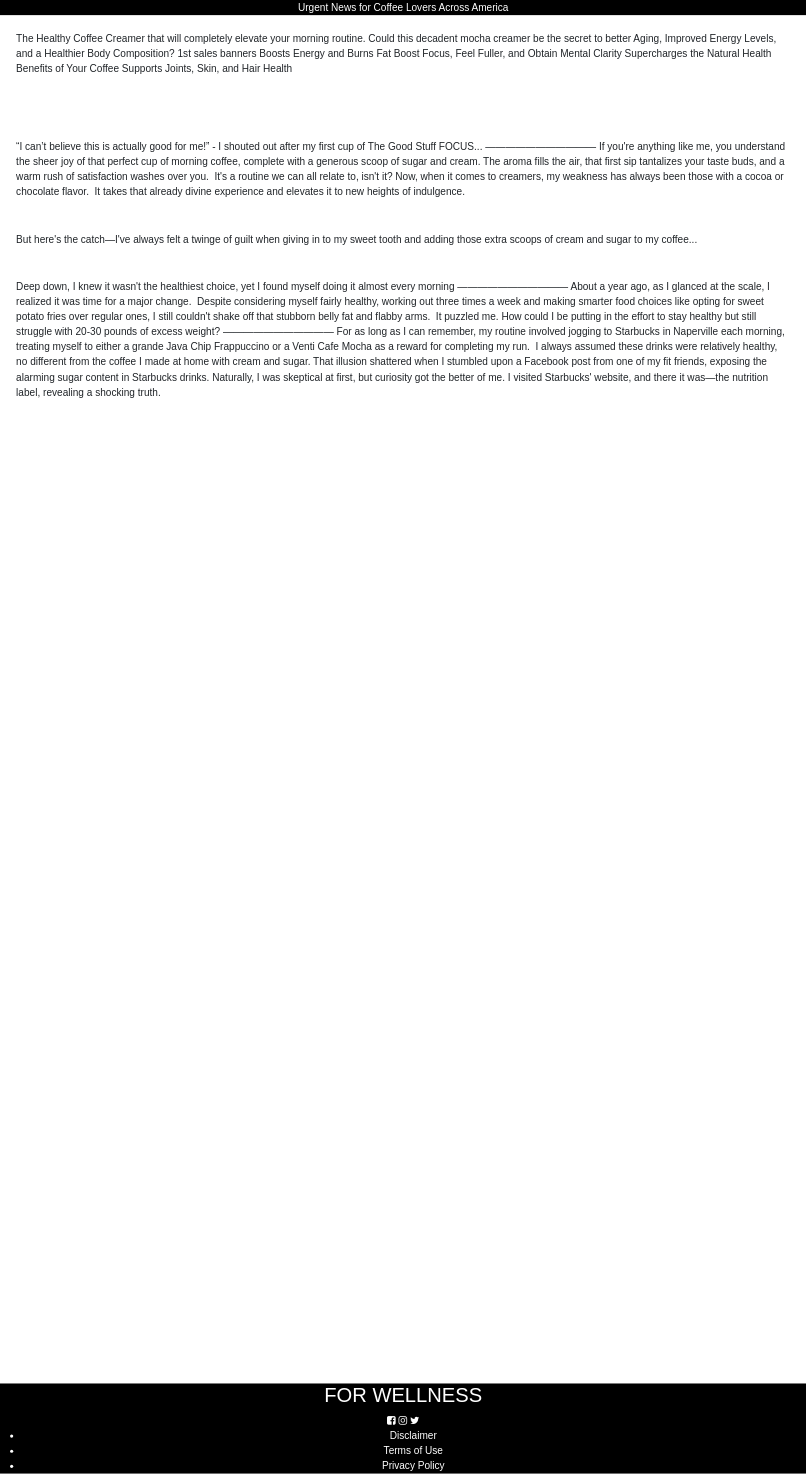
Repository: dariusprince90/wellness-landing
Page: index.html
These files come from the project's save history. The page is drawn as it stood at one moment and after the next save; the edit follows.
The browser window is 1280 px wide. The pictures show the whole page, at 63% of full size.

Above is the page before, as saved 2023-07-25 15:45:58.

### index.html
<!doctype html>
<html lang="en">

<head>
  <title>Title</title>
  <!-- Required meta tags -->
  <meta charset="utf-8">
  <meta name="viewport" content="width=device-width, initial-scale=1, shrink-to-fit=no">

  <!-- Bootstrap CSS v5.2.1 -->
  <link href="https://cdn.jsdelivr.net/npm/bootstrap@5.2.1/dist/css/bootstrap.min.css" rel="stylesheet"
    integrity="sha384-iYQeCzEYFbKjA/T2uDLTpkwGzCiq6soy8tYaI1GyVh/UjpbCx/TYkiZhlZB6+fzT" crossorigin="anonymous">

    <link rel="stylesheet" href="https://maxcdn.bootstrapcdn.com/font-awesome/4.7.0/css/font-awesome.min.css">
    <link rel="stylesheet" href="css/styles.css">


</head>

<body>
  <header>
    Urgent News for Coffee Lovers Across America

  </header>
  <main>

    <section class="s-001-text">

        The Healthy Coffee Creamer that will completely elevate your morning routine.


Could this decadent mocha creamer be the
secret to better Aging, Improved Energy Levels, and a Healthier Body Composition?


1st sales banners

Boosts Energy
and Burns Fat

Boost Focus,
Feel Fuller, and Obtain Mental Clarity


Supercharges the Natural Health Benefits of Your Coffee


Supports Joints,
Skin, and
Hair Health

    </section>
<br/>
<br/>

    <section class="s-002-text">

        “I can’t believe this is actually good for me!”

- I shouted out after my first cup of The Good Stuff FOCUS...


———————————
If you're anything like me, you understand the sheer joy of that perfect cup of morning coffee, complete with a generous scoop of sugar and cream.

The aroma fills the air, that first sip tantalizes your taste buds, and a warm rush of satisfaction washes over you.

It's a routine we can all relate to, isn't it?

Now, when it comes to creamers, my weakness has always been those with a cocoa or chocolate flavor.

It takes that already divine experience and elevates it to new heights of indulgence.
    </section>

    <section class="s-003-text">

        But here's the catch—I've always felt a twinge of guilt
when giving in to my sweet tooth and adding those
extra scoops of cream and sugar to my coffee...

    </section>
    <section class="s-004-text">
        Deep down, I knew it wasn't the healthiest choice, yet I found myself doing it almost every morning

———————————


About a year ago, as I glanced at the scale, I realized it was time for a major change.

Despite considering myself fairly healthy, working out three times a week and making smarter food choices like opting for sweet potato fries over regular ones, I still couldn't shake off that stubborn belly fat and flabby arms.

It puzzled me.

How could I be putting in the effort to stay healthy but still struggle with 20-30 pounds of excess weight?

———————————


For as long as I can remember, my routine involved jogging to Starbucks in Naperville each morning, treating myself to either a grande Java Chip Frappuccino or a Venti Cafe Mocha as a reward for completing my run.

I always assumed these drinks were relatively healthy, no different from the coffee I made at home with cream and sugar.

That illusion shattered when I stumbled upon a Facebook post from one of my fit friends, exposing the alarming sugar content in Starbucks drinks.

Naturally, I was skeptical at first, but curiosity got the better of me. I visited Starbucks' website, and there it was—the nutrition label, revealing a shocking truth.
    </section>
    <section class="s-005-text">
    </section>
    <section class="s-006-text">
    </section>

    <section class="s-007-text">
    </section>

    <section class="s-008-text">
    </section>
    <section class="s-009-text">
    </section>
    <section class="s-010-text">
    </section>
    <section class="s-00#-text">
    </section>

    <section class="s-00#-text">
    </section>

    <section class="s-00#-text">
    </section>
    <section class="s-00#-text">
    </section>
    <section class="s-00#-text">
    </section>
    <section class="s-00#-text">
    </section>

    <section class="s-00#-text">
    </section>

    <section class="s-00#-text">
    </section>
    <section class="s-00#-text">
    </section>
    <section class="s-00#-text">
    </section>
    <section class="s-00#-text">
    </section>

    <section class="s-00#-text">
    </section>

    <section class="s-00#-text">
    </section>
    <section class="s-00#-text">
    </section>
    <section class="s-00#-text">
    </section>
    <section class="s-00#-text">
    </section>

    <section class="s-00#-text">
    </section>

    <section class="s-00#-text">
    </section>
    <section class="s-00#-text">
    </section>
    <section class="s-00#-text">
    </section>
    <section class="s-00#-text">
    </section>

    <section class="s-00#-text">
    </section>

    <section class="s-00#-text">
    </section>
    <section class="s-00#-text">
    </section>


  </main>
  <footer>
    <h2>
        FOR WELLNESS
    </h2>
    <span>
        <i class="fa fa-facebook-square" aria-hidden="true"></i>
        <i class="fa fa-instagram" aria-hidden="true"></i>
        <i class="fa fa-twitter" aria-hidden="true"></i>
        <i class="fa-brands fa-tiktok"></i>


    </span>

    <span>
        <ul>
            <li>Disclaimer</li>
            <li>Terms of Use</li>
            <li>Privacy Policy</li>

        </ul>

    </span>



  </footer>
  <!-- Bootstrap JavaScript Libraries -->
  <script src="https://cdn.jsdelivr.net/npm/@popperjs/core@2.11.6/dist/umd/popper.min.js"
    integrity="sha384-oBqDVmMz9ATKxIep9tiCxS/Z9fNfEXiDAYTujMAeBAsjFuCZSmKbSSUnQlmh/jp3" crossorigin="anonymous">
  </script>

  <script src="https://cdn.jsdelivr.net/npm/bootstrap@5.2.1/dist/js/bootstrap.min.js"
    integrity="sha384-7VPbUDkoPSGFnVtYi0QogXtr74QeVeeIs99Qfg5YCF+TidwNdjvaKZX19NZ/e6oz" crossorigin="anonymous">
  </script>
</body>

</html>

### css/styles.css
@import url('https://fonts.googleapis.com/css2?family=Lato:wght@900&display=swap');

body, footer, header {
    font-family: 'Poppins', sans-serif;
}

footer, header {
    background-color: #000000;
    color: #ffffff;
    text-align: center;
}

footer {
    bottom: 0;
    position: static;
}

ul li {
    text-decoration: none;

}

section {
    padding: 2vw;
}


/*
----------------------------------------------------------------
                Section styles
----------------------------------------------------------------
*/

.s-001-text {
        text-emphasis: none;
}

.s-00#-text {
    text-emphasis: none;
}

.s-00#-text {
    text-emphasis: none;
}

.s-00#-text {
    text-emphasis: none;
}

.s-00#-text {
    text-emphasis: none;
}

.s-00#-text {
    text-emphasis: none;
}


.s-00#-text {
    text-emphasis: none;
}

.s-00#-text {
    text-emphasis: none;
}

.s-00#-text {
    text-emphasis: none;
}

.s-00#-text {
    text-emphasis: none;
}

.s-00#-text {
    text-emphasis: none;
}

.s-00#-text {
    text-emphasis: none;
}

.s-00#-text {
    text-emphasis: none;
}

.s-00#-text {
    text-emphasis: none;
}

.s-00#-text {
    text-emphasis: none;
}

.s-00#-text {
    text-emphasis: none;
}


.s-00#-text {
    text-emphasis: none;
}

.s-00#-text {
    text-emphasis: none;
}

.s-00#-text {
    text-emphasis: none;
}

.s-00#-text {
    text-emphasis: none;
}

.s-00#-text {
    text-emphasis: none;
}


.s-00#-text {
    text-emphasis: none;
}

.s-00#-text {
    text-emphasis: none;
}

.s-00#-text {
    text-emphasis: none;
}

.s-00#-text {
    text-emphasis: none;
}

.s-00#-text {
    text-emphasis: none;
}


.s-00#-text {
    text-emphasis: none;
}

.s-00#-text {
    text-emphasis: none;
}

.s-00#-text {
    text-emphasis: none;
}

.s-00#-text {
    text-emphasis: none;
}

.s-00#-text {
    text-emphasis: none;
}



.s-00#-text {
    text-emphasis: none;
}

.s-00#-text {
    text-emphasis: none;
}

After the next save:
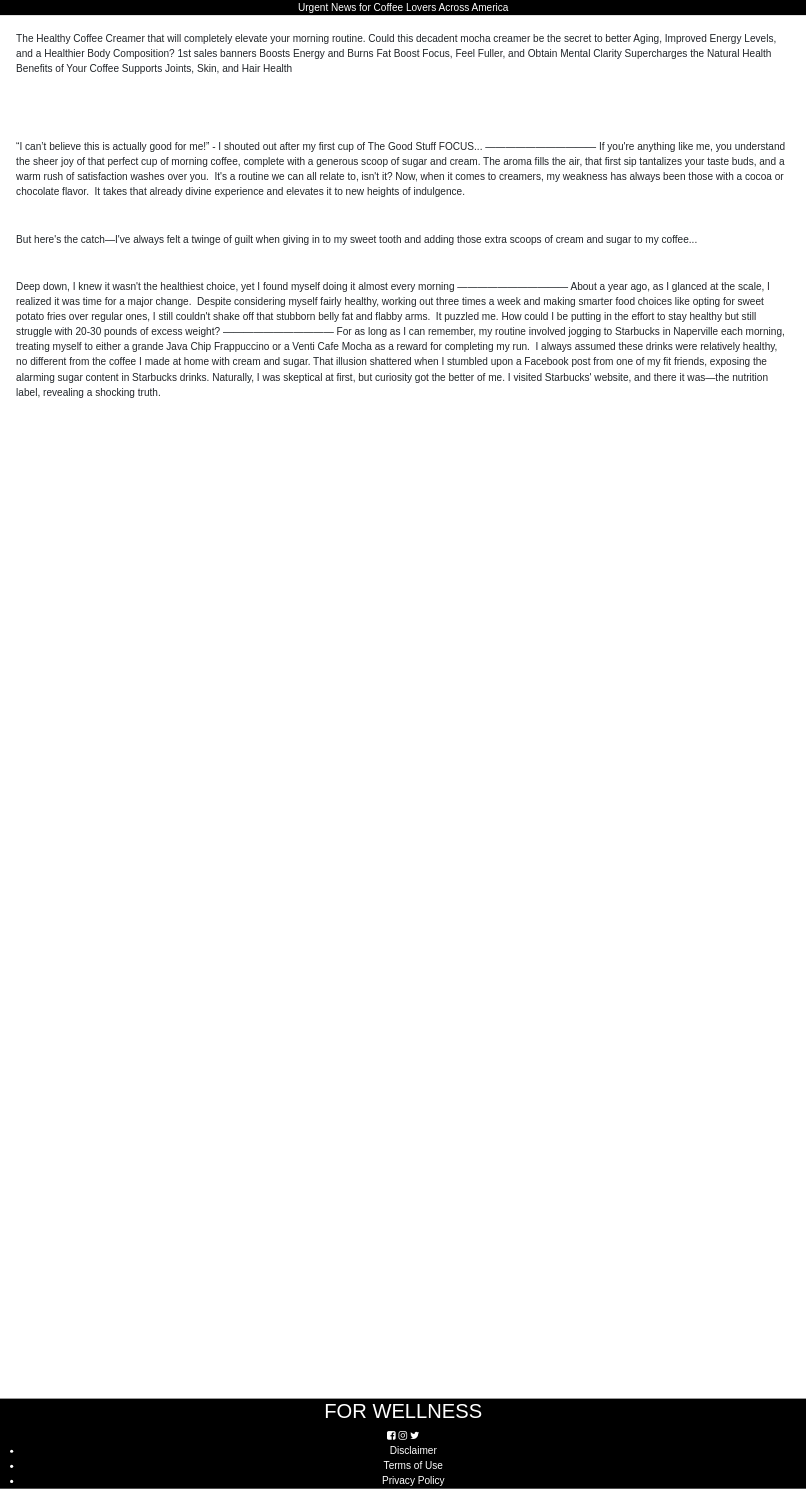
Saved 28 s later.
--- a/index.html
+++ b/index.html
@@ -105,6 +105,7 @@
 Naturally, I was skeptical at first, but curiosity got the better of me. I visited Starbucks' website, and there it was—the nutrition label, revealing a shocking truth.
     </section>
     <section class="s-005-text">
+        <img src=""/>
     </section>
     <section class="s-006-text">
     </section>
